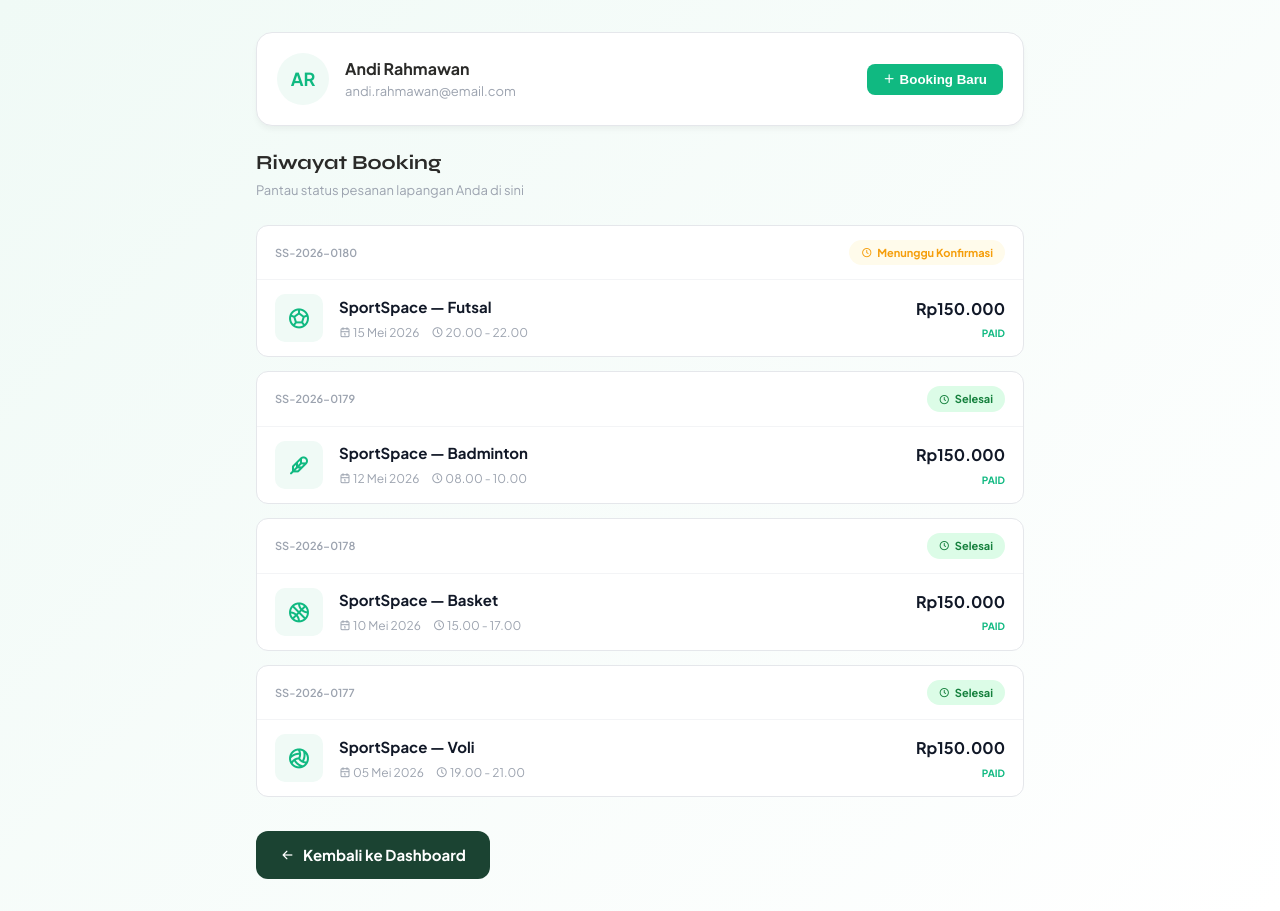
Repository: vira633/SportSpace
Page: riwayat.html
These files come from the project's save history. The page is drawn as it stood at one moment and after the next save; the edit follows.
The browser window is 1280 px wide. The pictures show the whole page.
Some web libraries are served in a nearby version.

Above is the page before, as saved 2026-05-15 13:05:52.

After the next save:
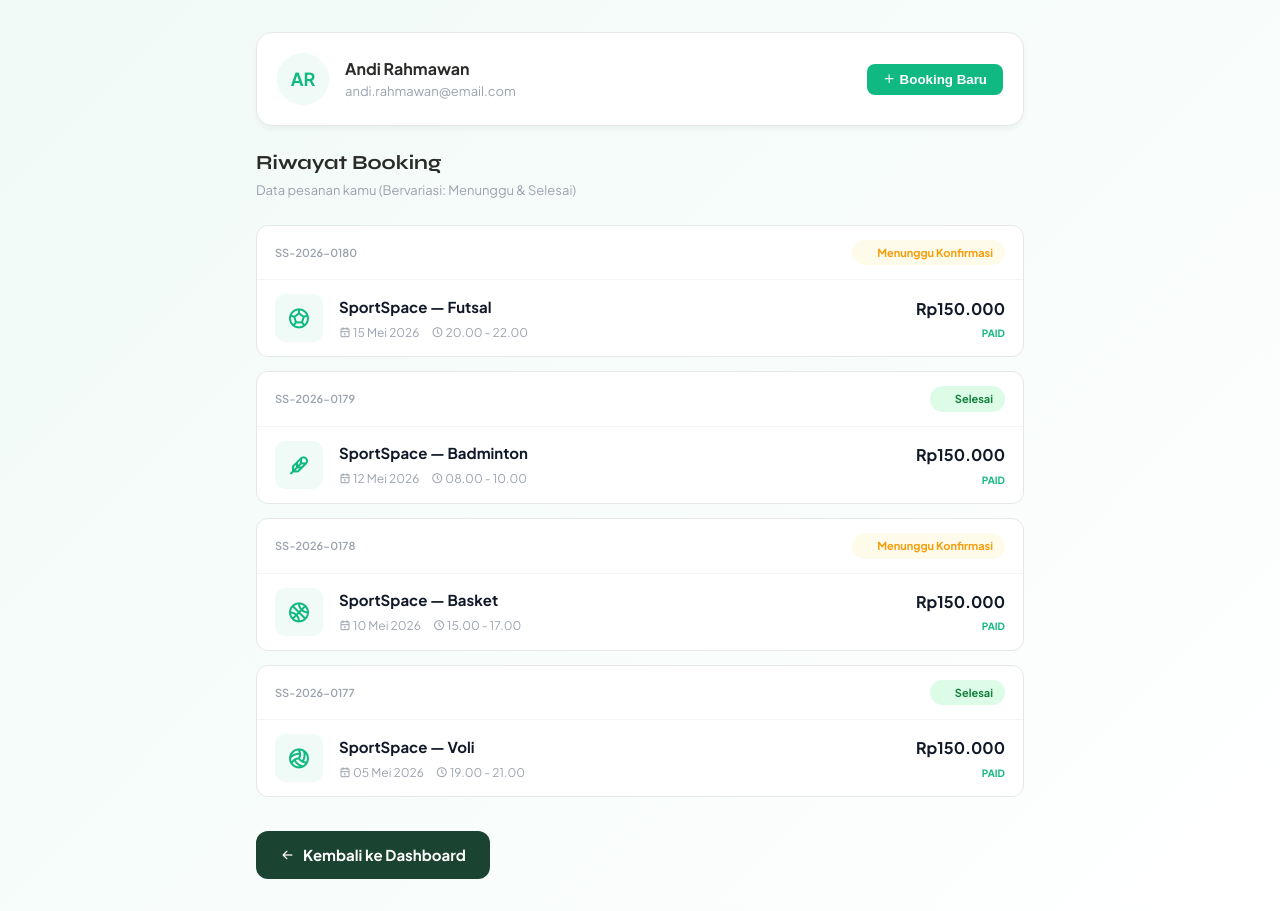
Saved 22 s later.
--- a/riwayat.html
+++ b/riwayat.html
@@ -12,7 +12,7 @@
       --gray-100: #f3f4f6; --gray-200: #e5e7eb; --gray-400: #9ca3af;
       --gray-900: #111827; --amber: #f59e0b; --amber-light: #fffbeb;
     }
-    body { background: linear-gradient(135deg, #f0faf6 0%, #ffffff 100%); min-height: 100vh; }
+    body { background: linear-gradient(135deg, #f0faf6 0%, #ffffff 100%); min-height: 100vh; margin: 0; }
     .page-wrap { max-width: 800px; margin: 0 auto; padding: 32px 16px; font-family: 'Plus Jakarta Sans', sans-serif; }
 
     .profile-box { background: var(--white); border: 1px solid var(--gray-200); border-radius: 16px; padding: 20px; margin-bottom: 24px; display: flex; align-items: center; gap: 16px; box-shadow: 0 4px 6px -1px rgba(0,0,0,0.05); }
@@ -28,6 +28,7 @@
     .booking-name { font-size: 15px; font-weight: 700; color: var(--gray-900); }
     .booking-meta { font-size: 12px; color: var(--gray-400); display: flex; gap: 12px; margin-top: 4px; }
 
+    /* BADGE STATUS */
     .badge { padding: 4px 12px; border-radius: 20px; font-size: 11px; font-weight: 700; display: flex; align-items: center; gap: 5px; }
     .badge-amber { background: var(--amber-light); color: var(--amber); }
     .badge-green { background: #dcfce7; color: #15803d; }
@@ -54,7 +55,7 @@
   </div>
 
   <h1 style="font-size:20px; text-align:left; margin-bottom:4px;">Riwayat Booking</h1>
-  <p style="font-size:13px; color:var(--gray-400); text-align:left; margin-bottom:24px;">Pantau status pesanan lapangan Anda di sini</p>
+  <p style="font-size:13px; color:var(--gray-400); text-align:left; margin-bottom:24px;">Data pesanan kamu (Bervariasi: Menunggu & Selesai)</p>
 
   <div id="booking-list">
     </div>
@@ -69,34 +70,35 @@
     const list = document.getElementById('booking-list');
     const dataUser = JSON.parse(localStorage.getItem('riwayatSport')) || [];
     const dataSimulasi = [
-      { tgl: "15 Mei 2026", sport: "Futsal", jam: "20.00 - 22.00", icon: "ti-ball-football", badge: "badge-amber", label: "Menunggu Konfirmasi" },
-      { tgl: "12 Mei 2026", sport: "Badminton", jam: "08.00 - 10.00", icon: "ti-feather", badge: "badge-green", label: "Selesai" },
-      { tgl: "10 Mei 2026", sport: "Basket", jam: "15.00 - 17.00", icon: "ti-ball-basketball", badge: "badge-green", label: "Selesai" },
-      { tgl: "05 Mei 2026", sport: "Voli", jam: "19.00 - 21.00", icon: "ti-ball-volleyball", badge: "badge-green", label: "Selesai" }
+      { tgl: "15 Mei 2026", sport: "Futsal", jam: "20.00 - 22.00", icon: "ti-ball-football", badge: "badge-amber", label: "Menunggu Konfirmasi", iconStatus: "ti-clock-hour-4" },
+      { tgl: "12 Mei 2026", sport: "Badminton", jam: "08.00 - 10.00", icon: "ti-feather", badge: "badge-green", label: "Selesai", iconStatus: "ti-circle-check" },
+      { tgl: "10 Mei 2026", sport: "Basket", jam: "15.00 - 17.00", icon: "ti-ball-basketball", badge: "badge-amber", label: "Menunggu Konfirmasi", iconStatus: "ti-clock-hour-4" },
+      { tgl: "05 Mei 2026", sport: "Voli", jam: "19.00 - 21.00", icon: "ti-ball-volleyball", badge: "badge-green", label: "Selesai", iconStatus: "ti-circle-check" }
     ];
     const totalData = [
       ...dataUser.reverse().map(item => ({
         ...item,
         badge: "badge-amber",
-        label: "Menunggu Konfirmasi"
+        label: "Menunggu Konfirmasi",
+        iconStatus: "ti-clock-hour-4"
       })),
       ...dataSimulasi
     ];
 
     list.innerHTML = totalData.map((item, index) => {
-      let iconClass = item.icon || "ti-ball-football";
-      if(item.sport === "Badminton") iconClass = "ti-feather";
-      if(item.sport === "Basket") iconClass = "ti-ball-basketball";
+      let iconSport = item.icon || "ti-ball-football";
+      if(item.sport === "Badminton") iconSport = "ti-feather";
+      if(item.sport === "Basket") iconSport = "ti-ball-basketball";
 
       return `
         <div class="booking-card">
           <div class="booking-header">
             <span style="font-size:11px; color:var(--gray-400); font-weight:600;">SS-2026-0${180 - index}</span>
-            <span class="badge ${item.badge}"><i class="ti ti-clock-hour-4"></i> ${item.label}</span>
+            <span class="badge ${item.badge}"><i class="${item.iconStatus}"></i> ${item.label}</span>
           </div>
           <div class="booking-body">
             <div class="booking-icon" style="background:var(--green-light); color:var(--green);">
-              <i class="ti ${iconClass}"></i>
+              <i class="ti ${iconSport}"></i>
             </div>
             <div class="booking-info">
               <div class="booking-name">SportSpace — ${item.sport}</div>
